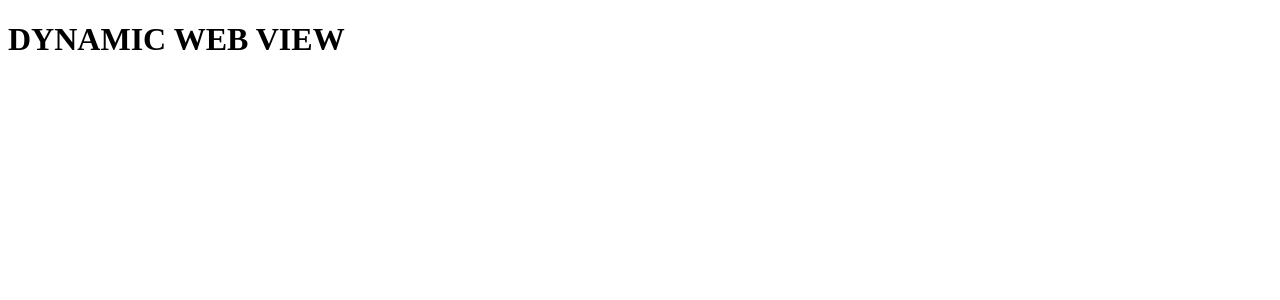
Repository: Ajay12Ajay/Advance_Java
Page: http://localhost/Advance_Web_Project/index.jsp
An editor plug-in stored every save of this project. The page is shown before and after the next save, followed by the edit.
The browser window is 1280 px wide. The pictures show the whole page.
The page is served by Tomcat 9. Other server files are loaded and not shown.

Above is the page before, as saved 2025-07-23 07:16:05.

### Advance_Java/Advance_Web_Project/WebContent/index.jsp
<%@ page language="java" contentType="text/html; charset=UTF-8"
	pageEncoding="UTF-8"%>
<!DOCTYPE html>
<html>
<head>
<meta charset="UTF-8">
<title>Dynamic Web View</title>
</head>

<body>
	<h1>DYNAMIC WEB VIEW</h1>
	<a href="UserRegistration.jsp"></a>




</body>
</html>

After the next save:
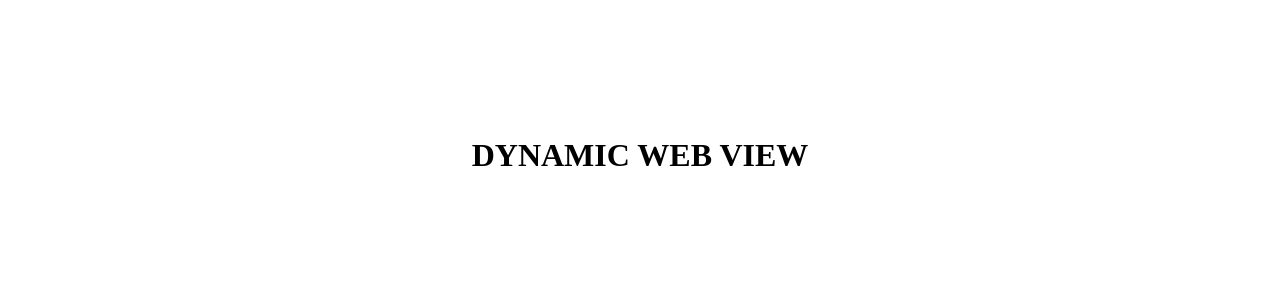
Saved 6 min 1 s later.
--- a/Advance_Java/Advance_Web_Project/WebContent/index.jsp
+++ b/Advance_Java/Advance_Web_Project/WebContent/index.jsp
@@ -8,11 +8,10 @@
 </head>
 
 <body>
-	<h1>DYNAMIC WEB VIEW</h1>
-	<a href="UserRegistration.jsp"></a>
-
-
-
-
+	<div align="center">
+		<br></br> <br></br> <br></br>
+		<h1>DYNAMIC WEB VIEW</h1>
+		<a href="UserRegistration.jsp"></a>
+	</div>
 </body>
 </html>
